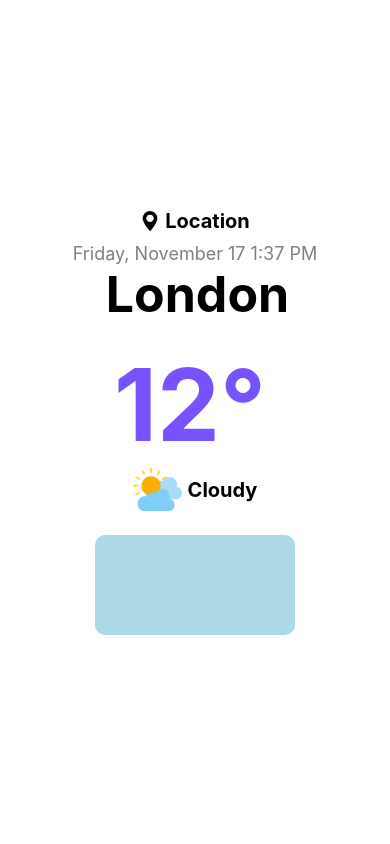
Repository: praveen080/react-native-weatherAppV1
Screen: /
An editor plug-in stored every save of this project. The screen is shown before and after the next save, followed by the edit.
The app was drawn by React Native's web renderer in a window 390 px wide. The project was rebuilt for these pictures with package versions that can differ from the ones it lists, and the page was loaded fresh each time. Also part of the build but not shown: Screens/startUp.js.

Above is the screen before, as saved 2023-11-17 13:40:12.

### App.js
import { StatusBar } from "expo-status-bar";
import { StyleSheet, Text, View } from "react-native";
import StartPage from "./Screens/startUp";
import Home from "./Screens/Home";

export default function App() {
  return (
    <View style={styles.container}>
      {/* <StartPage /> */}
      <Home />
    </View>
  );
}

const styles = StyleSheet.create({
  container: {
    flex: 1,
    backgroundColor: "#ff f",
    alignItems: "center",
    justifyContent: "center",
  },
});

### Screens/Home.js
import React from "react";
import { View, Text, Image, TouchableOpacity, StyleSheet } from "react-native";

const Home = () => {
  const currentDate = new Date();

  // Format the date and time
  const formattedDate = currentDate.toLocaleDateString("en-US", {
    weekday: "long",
    day: "numeric",
    month: "long",
  });

  const formattedTime = currentDate.toLocaleTimeString("en-US", {
    hour: "numeric",
    minute: "numeric",
    hour12: true,
  });
  return (
    <View style={styles.container}>
      {/* Location Text with Icon */}
      <TouchableOpacity style={styles.locationContainer}>
        <Image source={require("./assets/location.png")} style={styles.icon} />
        <Text style={styles.locationText}>Location</Text>
      </TouchableOpacity>

      {/* Current Time and Date */}
      <Text style={styles.dateTimeText}>
        {formattedDate} {formattedTime}
      </Text>
      <Text style={styles.location}>London</Text>

      {/* Numbers */}
      <View style={styles.numbersContainer}>
        <Text style={styles.number}>12°</Text>
      </View>

      <View style={styles.locationContainer}>
        <Image
          source={require("./assets/cloudy-day.png")}
          style={styles.iconS}
        />
        <Text style={styles.locationText}>Cloudy</Text>
      </View>

      {/* Logo */}
      {/* <Image source={require("./assets/weather.png")} style={styles.logo} /> */}

      {/* Card */}
      <View style={styles.card} />
    </View>
  );
};

export default Home;

export const styles = StyleSheet.create({
  container: {
    flex: 1,
    alignItems: "center",
    justifyContent: "center",
  },
  locationContainer: {
    flexDirection: "row",
    alignItems: "center",
  },
  locationText: {
    fontSize: 20,
    marginLeft: 5,
    fontWeight: "bold",
  },
  location: {
    fontSize: 50,
    marginLeft: 5,
    fontWeight: "bold",
  },
  icon: {
    width: 20,
    height: 20,
  },
  iconS: {
    width: 50,
    height: 50,
  },
  dateTimeText: {
    fontSize: 18,
    marginTop: 10,
    color: "grey",
  },
  numbersContainer: {
    flexDirection: "row",
    alignItems: "center",
    marginTop: 20,
  },
  number: {
    fontSize: 100,
    marginRight: 10,
    fontWeight: "bold",
    color: "#7752FE",
  },
  logo: {
    width: 100,
    height: 100,
    marginTop: 20,
  },
  card: {
    width: 200,
    height: 100,
    borderRadius: 10,
    backgroundColor: "lightblue",
    marginTop: 20,
  },
});

// // Weather.js

// import React, { useState } from "react";
// import { View, Text, TextInput, Button, StyleSheet } from "react-native";
// import axios from "axios";

// const Home = () => {
//   const [city, setCity] = useState("");
//   const [weatherData, setWeatherData] = useState(null);
//   const [error, setError] = useState("");

//   const apiKey = "2891236865fb81dd11cf0be56216e1cb";

//   const fetchWeatherData = async () => {
//     try {
//       const response = await axios.get(
//         `https://api.openweathermap.org/data/2.5/weather?q=${city}&appid=${apiKey}&units=metric`
//       );
//       setWeatherData(response.data);
//       setError("");
//     } catch (error) {
//       setWeatherData(null);
//       setError("City not found. Please try again.");
//     }
//   };

//   return (
//     <View style={styles.container}>
//       <Text style={styles.title}>Weather App</Text>
//       <TextInput
//         style={styles.input}
//         placeholder="Enter city"
//         value={city}
//         onChangeText={(text) => setCity(text)}
//       />
//       <Button title="Get Weather" onPress={fetchWeatherData} />
//       {weatherData && (
//         <View>
//           <Text>{`City: ${weatherData.name}`}</Text>
//           <Text>{`Temperature: ${weatherData.main.temp}°C`}</Text>
//           {/* Add more weather details as needed */}
//         </View>
//       )}
//       {error !== "" && <Text style={styles.error}>{error}</Text>}
//     </View>
//   );
// };

// const styles = StyleSheet.create({
//   container: {
//     flex: 1,
//     justifyContent: "center",
//     alignItems: "center",
//   },
//   title: {
//     fontSize: 20,
//     fontWeight: "bold",
//     marginBottom: 10,
//   },
//   input: {
//     height: 40,
//     borderColor: "gray",
//     borderWidth: 1,
//     marginBottom: 10,
//     padding: 10,
//     width: 200,
//   },
//   error: {
//     color: "red",
//     marginTop: 10,
//   },
// });

// export default Home;

After the next save:
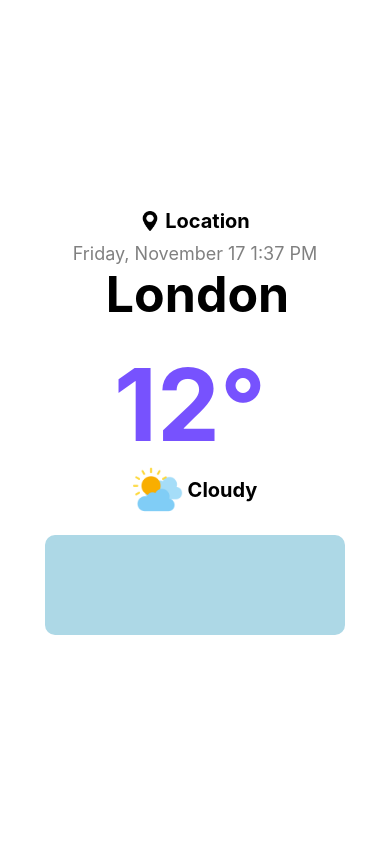
Saved 5 s later.
--- a/Screens/Home.js
+++ b/Screens/Home.js
@@ -104,7 +104,7 @@ export const styles = StyleSheet.create({
     marginTop: 20,
   },
   card: {
-    width: 200,
+    width: 300,
     height: 100,
     borderRadius: 10,
     backgroundColor: "lightblue",
